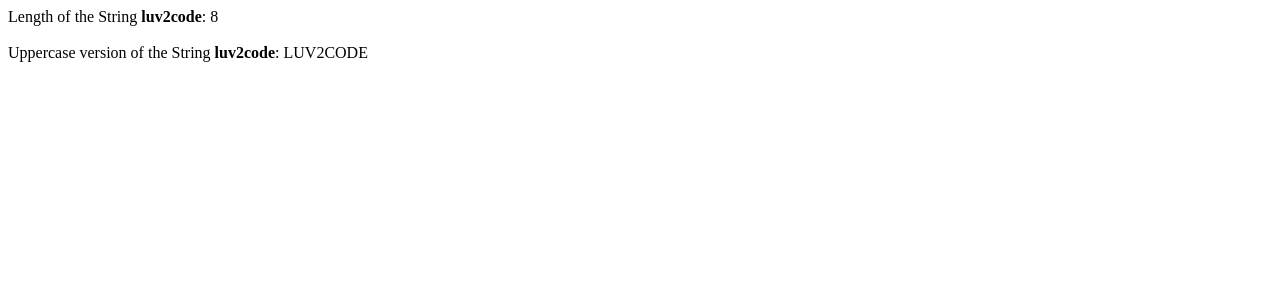
Repository: aashigupta165/advance-java
Page: http://localhost/notes/function-test.jsp
These files come from the project's save history. The page is drawn as it stood at one moment and after the next save; the edit follows.
The browser window is 1280 px wide. The pictures show the whole page.
The page is served by Tomcat 9. Nobody is signed in. The application's start-up code is not run.

Above is the page before, as saved 2019-08-23 19:08:28.

After the next save:
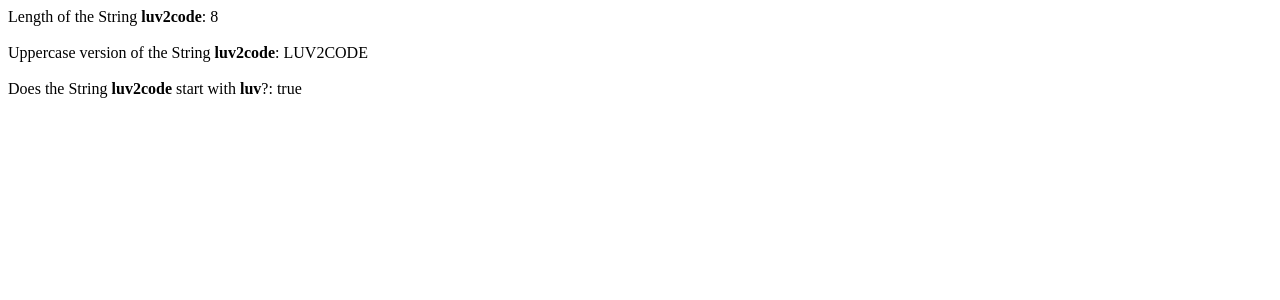
Saved 11 min 43 s later.
--- a/notes/WebContent/function-test.jsp
+++ b/notes/WebContent/function-test.jsp
@@ -14,6 +14,10 @@ Length of the String <b>${data}</b>: ${fn:length(data)}
 
 Uppercase version of the String <b>${data}</b>: ${fn:toUpperCase(data)}
 
+<br/><br/>
+
+Does the String <b>${data}</b> start with <b>luv</b>?: ${fn:startsWith(data, "luv")}
+
 </body>
 
 </html>
